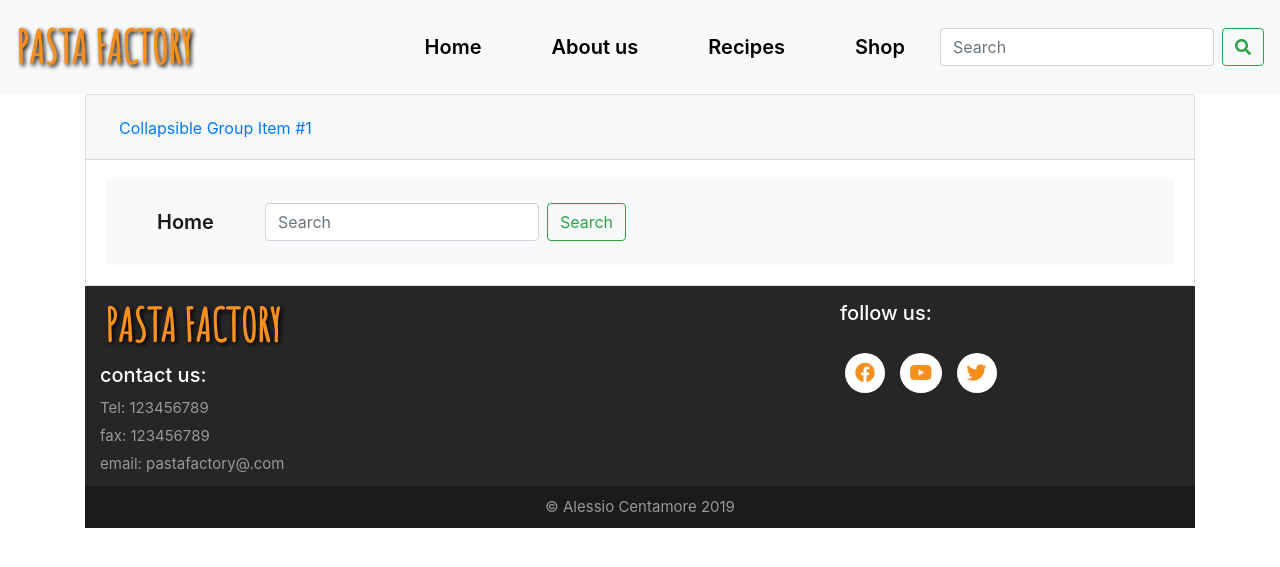
Repository: Baal89/recipe-app
Page: templates/recipes.html
The author's editor kept a record of every edit. The page is drawn from the files as they stood at one moment, then again after the next edit.
The browser window is 1280 px wide. The pictures show the whole page.
Some web libraries are served in a nearby version. The page is served by the project's application, run on Flask 3 (app.py). The template is opened directly, without the code that normally fills it, so the values that code supplies are empty.

Above is the page before.

### templates/recipes.html
{% extends 'base.html' %} {% block content %}

<div class="container">
<div class="accordion" id="accordionExample">
    <div class="card">
        <div class="card-header" id="headingOne">
            <h2 class="mb-0">
                <button class="btn btn-link" type="button" data-toggle="collapse" data-target="#collapseOne" aria-expanded="true" aria-controls="collapseOne">
          Collapsible Group Item #1
        </button>
            </h2>
        </div>

        <div id="collapseOne" class="collapse show" aria-labelledby="headingOne" data-parent="#accordionExample">
            <div class="card-body">
                <nav class="navbar navbar-expand-lg navbar-light bg-light">
                    <ul class="navbar-nav">
                        <li class="nav-item active">
                            <a class="nav-link" href="#">Home <span class="sr-only">(current)</span></a>
                        </li>
                    </ul>
                    <nav class="navbar navbar-light bg-light">
                        <form class="form-inline">
                            <input class="form-control mr-sm-2" type="search" placeholder="Search" aria-label="Search">
                            <button class="btn btn-outline-success my-2 my-sm-0" type="submit">Search</button>
                        </form>
                    </nav>
                </nav>
            </div>
        </div>
    </div>


    {% for recipe in recipes %}

    <div class="container">
        <div class="row">
            <div class="col-3">
                <a href="{{url_for('edit_recipe', recipe_id=recipe._id) }}" class="btn btn-warning btn active" role="button" aria-pressed="true"><i class="fas fa-edit"></i>Update recipes</a>
            </div>
            <div class="col-3">
                <a href="{{url_for('delete_recipe', recipe_id=recipe._id) }}" class="btn btn-danger btn active" role="button" aria-pressed="true"><i class="fas fa-trash"></i>Delete recipes</a>
            </div>
        </div>
    </div>
    <div class="container">
        <h2>{{recipe.recipe_name}} - {{recipe.recipe_difficulty}}</h2>
        <p class="price">Price: {{recipe.recipe_price}}<br> Preparation time: {{recipe.recipe_cooking_time}}</p>
        <div class="row">
            <div class="col-md-8 col-12">
                <img class="img-fluid" src="{{recipe.recipe_img}}">
            </div>
            <div class="col-md-4 col-12">
                <p>
                    ingredients for: {{recipe.recipe_doses}}
                </p>
                <ul>
                    {% for ingredients in recipe.recipe_ingredients %}
                    <li><strong>{{ingredients}}</strong></li><br> {% endfor %}
                </ul>
            </div>
        </div>
        <div class="row">
            <h3>Tools required</h3>
            <div class="col-12">

                <ul>
                    {% for tools in recipe.recipe_tools %}
                    <li><strong>{{tools}}</strong></li><br> {% endfor %}
                </ul>
            </div>
        </div>
        <div class="row">
            <div class="col-12">
                <h3>Preparation Steps</h3>
                <p>
                    {{recipe.recipe_preparation_steps}}
                </p>
            </div>
        </div>
    </div>

    {% endfor %} {% endblock %}

### templates/base.html
<!DOCTYPE html>
<html lang="en">

<head>
    <meta charset="utf-8">
    <meta name="viewport" content="width=device-width, initial-scale=1, shrink-to-fit=no">
    <link href="https://fonts.googleapis.com/css?family=Amatic+SC&display=swap" rel="stylesheet">
    <link rel="stylesheet" href="https://use.fontawesome.com/releases/v5.8.2/css/all.css" integrity="sha384-oS3vJWv+0UjzBfQzYUhtDYW+Pj2yciDJxpsK1OYPAYjqT085Qq/1cq5FLXAZQ7Ay" crossorigin="anonymous" type="text/css">
    <link href="https://stackpath.bootstrapcdn.com/bootstrap/4.4.1/css/bootstrap.min.css" rel="stylesheet" integrity="sha384-Vkoo8x4CGsO3+Hhxv8T/Q5PaXtkKtu6ug5TOeNV6gBiFeWPGFN9MuhOf23Q9Ifjh" crossorigin="anonymous">
    <link rel="stylesheet" href="{{url_for('static', filename='css/style.css') }}" type="text/css">
    <title>Pasta Factory</title>
</head>

<body>
    <header class="main-header sticky-top">
        <!-- bootsrap navbar -->
        <nav class="navbar navbar-expand-lg navbar-light bg-light">
            <a class="navbar-brand" href="{{ url_for('index') }}"><strong>Pasta Factory</strong></a>
            <button class="navbar-toggler" type="button" data-toggle="collapse" data-target="#navbarNav" aria-controls="navbarNav" aria-expanded="false" aria-label="Toggle navigation">
                <span class="navbar-toggler-icon"></span>
            </button>
            <div class="collapse navbar-collapse justify-content-end" id="navbarNav">
                <ul class="navbar-nav">
                    <li class="nav-item">
                        <a class="nav-link" href="{{url_for('index') }}">Home <span class="sr-only">(current)</span></a>
                    </li>
                    <li class="nav-item">
                        <a class="nav-link" href="{{url_for('about') }}">About us</a>
                    </li>
                    <li class="nav-item">
                        <a class="nav-link" href="{{url_for('get_recipes') }}">Recipes</a>
                    </li>
                    <li class="nav-item">
                        <a class="nav-link" href="{{url_for('shop') }}">Shop</a>
                    </li>
                </ul>
                <div class"row">
                <form class="form-inline search">
                    <input class="form-control mr-sm-2" type="search" placeholder="Search" aria-label="Search">
                    <button class="btn btn-outline-success my-2 my-sm-0" type="submit"><i class="fas fa-search"></i></button>
                </form>
            </div>
        </nav>
    </header>

    {% block content %} {% endblock %}

    <footer>
        <div class="container">
            <div class="row">
                <div class="col-md-8 col-12">
                    <a class="navbar-brand" href="{{ url_for('index') }}"><strong>Pasta Factory</strong></a>
                    <h5 class="details-header">contact us:</h5>
                    <p>Tel: 123456789</p>
                    <p>fax: 123456789</p>
                    <p>email: pastafactory@.com</p>
                </div>
                <div class="col-md-4 col-12 social-media">
                    <h5>follow us:</h5>
                    <a href="#">
                        <i class="fab fa-facebook"></i>
                    </a>
                    <a href="#">
                        <i class="fab fa-youtube"></i>
                    </a>
                    <a href="#">
                        <i class="fab fa-twitter"></i>
                    </a>
                </div>
            </div>
        </div>
        <div class="container-fluid">
            <div class="row">
                <div class="col-12 px-0">
                    <p class="text-center credit">&copy; Alessio Centamore 2019</p>
                </div>
            </div>
        </div>
    </footer>

    <script src="https://code.jquery.com/jquery-3.4.1.slim.min.js" integrity="sha384-J6qa4849blE2+poT4WnyKhv5vZF5SrPo0iEjwBvKU7imGFAV0wwj1yYfoRSJoZ+n" crossorigin="anonymous"></script>
    <script src="https://cdn.jsdelivr.net/npm/popper.js@1.16.0/dist/umd/popper.min.js" integrity="sha384-Q6E9RHvbIyZFJoft+2mJbHaEWldlvI9IOYy5n3zV9zzTtmI3UksdQRVvoxMfooAo" crossorigin="anonymous"></script>
    <script src="https://stackpath.bootstrapcdn.com/bootstrap/4.4.1/js/bootstrap.min.js" integrity="sha384-wfSDF2E50Y2D1uUdj0O3uMBJnjuUD4Ih7YwaYd1iqfktj0Uod8GCExl3Og8ifwB6" crossorigin="anonymous"></script>
</body>


</html>

### app.py
import os
from flask import Flask, render_template, redirect, request, url_for
from flask_pymongo import PyMongo
from bson.objectid import ObjectId

app = Flask(__name__)

app.config["MONGO_DBNAME"] = "recipes_app"
app.config["MONGO_URI"] = os.environ.get("MONGO_URI")

mongo = PyMongo(app)

@app.route("/")
def index():
    return render_template("index.html")

@app.route("/get_recipes")
def get_recipes():
    return render_template("recipes.html", recipes = mongo.db.recipes.find().sort("category_name"))

#
@app.route("/add_recipe")
def add_recipe():
    return render_template("addrecipes.html", categories=mongo.db.categories.find())

# Add Recipe - Insert Recipe Function
@app.route("/insert_recipe", methods=["POST"])
def insert_recipe():

    ingredients = request.form.get("recipe_ingredients").splitlines()
    tools = request.form.get("recipe_tools").splitlines()

    # Recipe JSON object
    submission = {
        "recipe_name": request.form.get("recipe_name"),
        "category_name": request.form.get("category_name"),
        "recipe_img": request.form.get("recipe_img"),
        "recipe_difficulty": request.form.get("recipe_difficulty"),
        "recipe_ingredients": ingredients,
        "recipe_cooking_time": request.form.get("recipe_cooking_time"),
        "recipe_price": request.form.get("recipe_price"),
        "recipe_tools": tools,
        "recipe_doses": request.form.get("recipe_doses"),
        "recipe_preparation_steps": request.form.get("recipe_preparation_steps"),
    }

    recipes = mongo.db.recipes
    recipes.insert_one(submission)
    return redirect(url_for("get_recipes"))


# edit recipe - edit recipe function
@app.route("/edit_recipe/<recipe_id>")
def edit_recipe(recipe_id):
    the_recipe = mongo.db.recipes.find_one({"_id" : ObjectId(recipe_id) })
    all_recipes = mongo.db.categories.find()

    return render_template("editrecipes.html", recipes = the_recipe, categories = all_recipes)

 #update recipe - update recipe function
@app.route('/update_recipe/<recipe_id>', methods=["POST"])
def update_recipe(recipe_id):
    recipes = mongo.db.recipes

    ingredients = request.form.get("recipe_ingredients").splitlines()
    tools = request.form.get("recipe_tools").splitlines()

    recipes.update( {'_id': ObjectId(recipe_id)},


    {
        "recipe_name": request.form.get("recipe_name"),
        "category_name": request.form.get("category_name"),
        "recipe_img": request.form.get("recipe_img"),
        "recipe_difficulty": request.form.get("recipe_difficulty"),
        "recipe_ingredients": ingredients,
        "recipe_cooking_time": request.form.get("recipe_cooking_time"),
        "recipe_price": request.form.get("recipe_price"),
        "recipe_tools": tools,
        "recipe_doses": request.form.get("recipe_doses"),
        "recipe_preparation_steps": request.form.get("recipe_preparation_steps"),
    })
    return redirect("/get_recipes")

@app.route('/delete_recipe/<recipe_id>')
def delete_recipe(recipe_id):
    mongo.db.recipes.remove({'_id': ObjectId(recipe_id)})
    return redirect(url_for('get_recipes'))


if __name__=="__main__":
    app.run(host=os.environ.get("IP"),
        port=int(os.environ.get("PORT")),
        debug=True)

### static/css/style.css
/*
body {
    margin: 0;
    padding: 0;
    overflow-x: hidden;
}

section {
    margin: 0;
    padding: 0;
    overflow-x: hidden;
}
*//*
body {
    margin: 0;
    padding: 0;
    overflow-x: hidden;
}

section {
    margin: 0;
    padding: 0;
    overflow-x: hidden;
}
*/
/*------------------------------------------------------------ navbar */

.navbar-light .navbar-nav .nav-link {
    font-size: 20px;
    font-weight: 600;
    padding: 0 15px;
    display: block;
    color: black;
    transition: color 0.2s ease-in-out;
    margin: 20px;
}


.navbar-light .navbar-nav .nav-link:hover {
    color: #f78f1e;
}

.navbar-light .navbar-brand {
    color: #f78f1e;
    font-weight: 400;
    text-transform: uppercase;
    text-shadow: 2px 2px 4px #000000;
    font-size: 45px;
    font-family: 'Amatic SC', cursive;
}

.navbar-light .navbar-brand:hover {
    color: #f78f1e;
}

@media only screen and (max-width: 768px) {
    .navbar-light .navbar-brand {
        font-size: 20px;
    }
}

/*-------------------------------------------------------index.html */

/*---------------------------------------------carousel */

.d-md-block {
    text-transform: uppercase;
    padding: 1em;
    position: absolute;
    top: 60%;
    left: 50%;
    margin-right: -50%;
    transform: translate(-50%, -50%);
}

.d-md-block p {
    font-size: 35px;
    text-shadow: 2px 2px #000000;
}

.d-md-block .nav-button {
    border: none;
    color: white;
    background-color: #f78f1e;
    padding: 15px 24px;
    text-align: center;
    text-decoration: none;
    display: inline-block;
    font-size: 16px;
    font-weight: bold;
    transition: color 0.2s ease-in-out;
}

.d-md-block .nav-button:hover {
    color: black;
}

/*-----------------------------------article description*/

.description {
    margin: 70px 0;
    padding: 100px 0;
    background-image: url("../assets/img/tools.jpg");
    background-position: center center;
    background-repeat: no-repeat;
    background-size: cover;
    color: black;
}

.title {
    text-decoration: underline #f78f1e;
    text-transform: uppercase;
    margin-bottom: 30px;
}

.description p {
    font-size: 20px;
    font-weight: 600;
}

@media only screen and (max-width: 768px) {
    .description {
        padding: 20px 0;
    }
}

/*---------------------------------------------cards*/

.card {
 padding: 0;
}

.cards p {
    font-size: 18px;
}

.cards-header {
    margin-bottom: 50px;
    padding-bottom: 50px;
    text-transform: uppercase;
}

.nav-button-cards {
    margin-top: 30px;
    border: 1px solid #f78f1e;
    color: black;
    background-color: white;
    padding: 15px 24px;
    text-align: center;
    text-decoration: none;
    display: inline-block;
    font-size: 16px;
    font-weight: bold;
    transition: background-color 0.2s ease-in-out;
}

.nav-button-cards:hover {
    background-color: #f78f1e;
    color: white;
}


/*-------------------------------------------recipe book*/

.book {
    margin: 30px auto;
    padding: 50px 0;
    width: 50%;
}

.recipe-book {
    margin: 100px auto 25px;
}

.recipe-book h2 {
    text-transform: uppercase;
}

.recipe-book p {
    font-size: 18px;
}

/*----------------------------------------------------------------footer*/

footer {
    background-color: #262626;
    color: white;
}

footer a {
    padding: 0 5px;
    text-decoration: none;
}

footer i {
    margin-top: 20px;
    font-size: 20px;
    color: #f78f1e;
    background-color: white;
    transition: color 0.2s ease-in-out;
    border-radius: 100%;
    padding:  10px;
}

footer i:hover {
    color: black;
    text-decoration: none;
}


footer p {
    font-size: 15px;
    line-height: 12px;
    color: #989898;
}

.details-header {
    margin-bottom: 15px;
}

.navbar-brand {
    color: #f78f1e;
    font-weight: 400;
    text-transform: uppercase;
    text-shadow: 2px 2px 4px #000000;
    font-size: 45px;
    font-family: 'Amatic SC', cursive;
}

.navbar-brand:hover {
    color: #f78f1e;
}

.social-media {
    margin: 15px auto;
}

.credit {
    background-color: #1b1b1b;
    padding: 15px 0;
    margin: 0;
}

After the next edit:
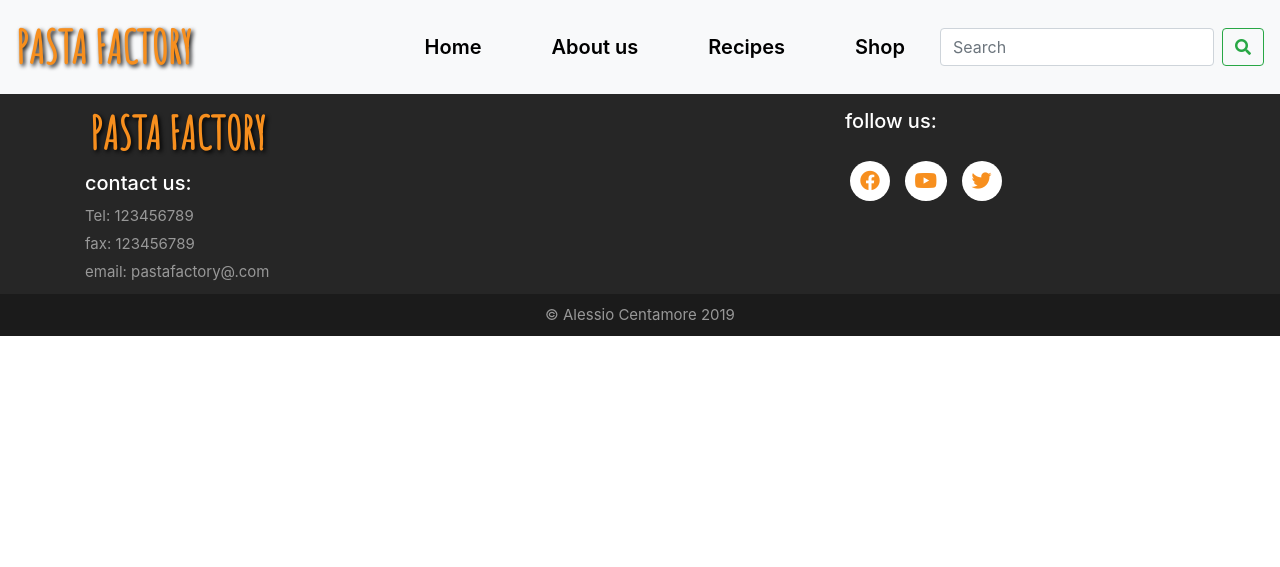
The edit:
--- a/templates/recipes.html
+++ b/templates/recipes.html
@@ -1,35 +1,4 @@
 {% extends 'base.html' %} {% block content %}
-
-<div class="container">
-<div class="accordion" id="accordionExample">
-    <div class="card">
-        <div class="card-header" id="headingOne">
-            <h2 class="mb-0">
-                <button class="btn btn-link" type="button" data-toggle="collapse" data-target="#collapseOne" aria-expanded="true" aria-controls="collapseOne">
-          Collapsible Group Item #1
-        </button>
-            </h2>
-        </div>
-
-        <div id="collapseOne" class="collapse show" aria-labelledby="headingOne" data-parent="#accordionExample">
-            <div class="card-body">
-                <nav class="navbar navbar-expand-lg navbar-light bg-light">
-                    <ul class="navbar-nav">
-                        <li class="nav-item active">
-                            <a class="nav-link" href="#">Home <span class="sr-only">(current)</span></a>
-                        </li>
-                    </ul>
-                    <nav class="navbar navbar-light bg-light">
-                        <form class="form-inline">
-                            <input class="form-control mr-sm-2" type="search" placeholder="Search" aria-label="Search">
-                            <button class="btn btn-outline-success my-2 my-sm-0" type="submit">Search</button>
-                        </form>
-                    </nav>
-                </nav>
-            </div>
-        </div>
-    </div>
-
 
     {% for recipe in recipes %}
 
